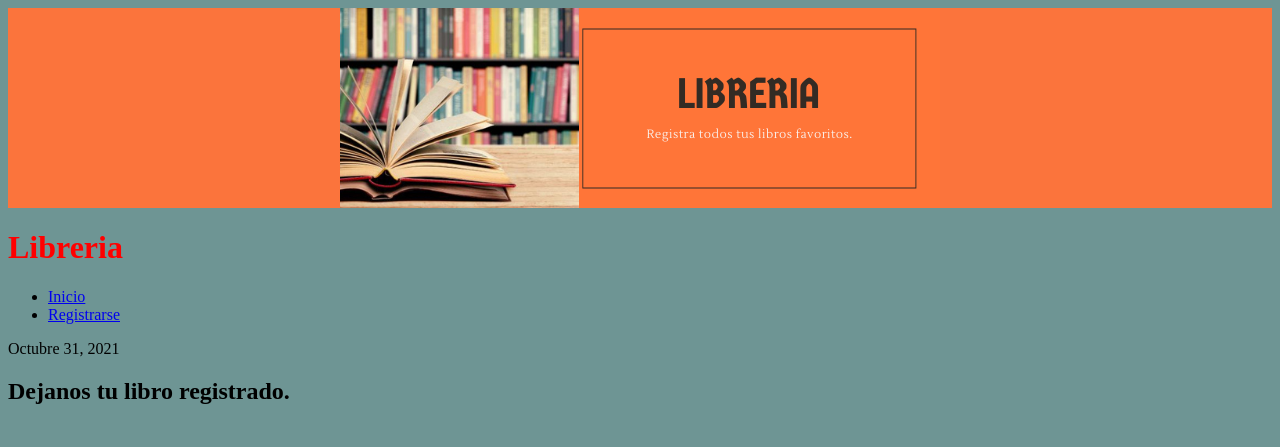
Repository: frnalonso/libreria
Page: src/main/resources/templates/index.html
The author's editor kept a copy of each file at every save. The page is drawn from the files as they stood at one save, then again after the next save.
The browser window is 1280 px wide. The pictures show the whole page.

Above is the page before, as saved 2021-11-05 04:01:05.

After the next save:
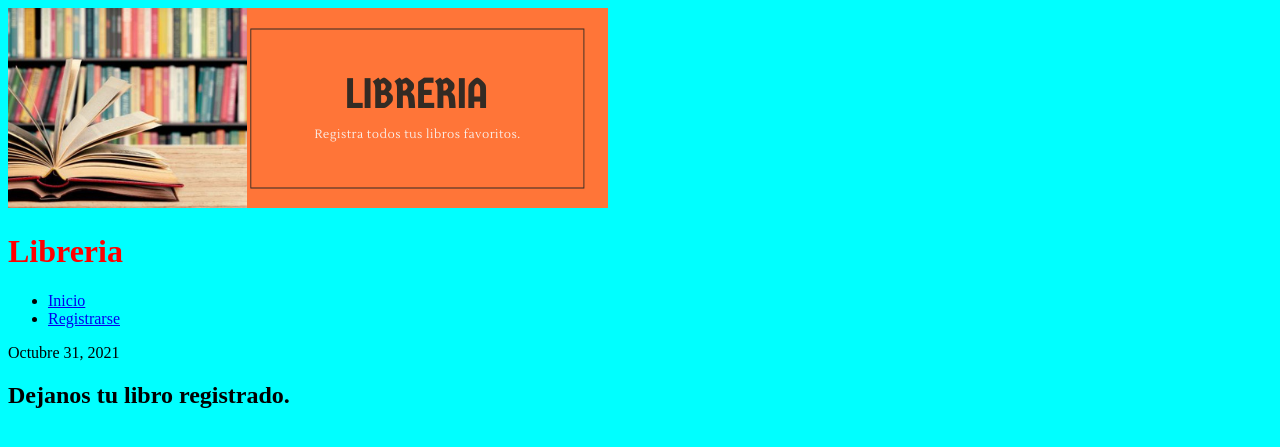
Saved 17 s later.
--- a/src/main/resources/templates/index.html
+++ b/src/main/resources/templates/index.html
@@ -6,7 +6,7 @@
     <meta name="viewport" content="width=device-width, initial-scale=1.0">
 
     <title>Inicio</title>
-    <link rel="stylesheet" href="/src/main/resources/static/css/indexstyle.css" type="text/css">
+    <link rel="stylesheet" href="/src/main/resources/static/css/index.css" type="text/css">
 </head>
 <body>
 
